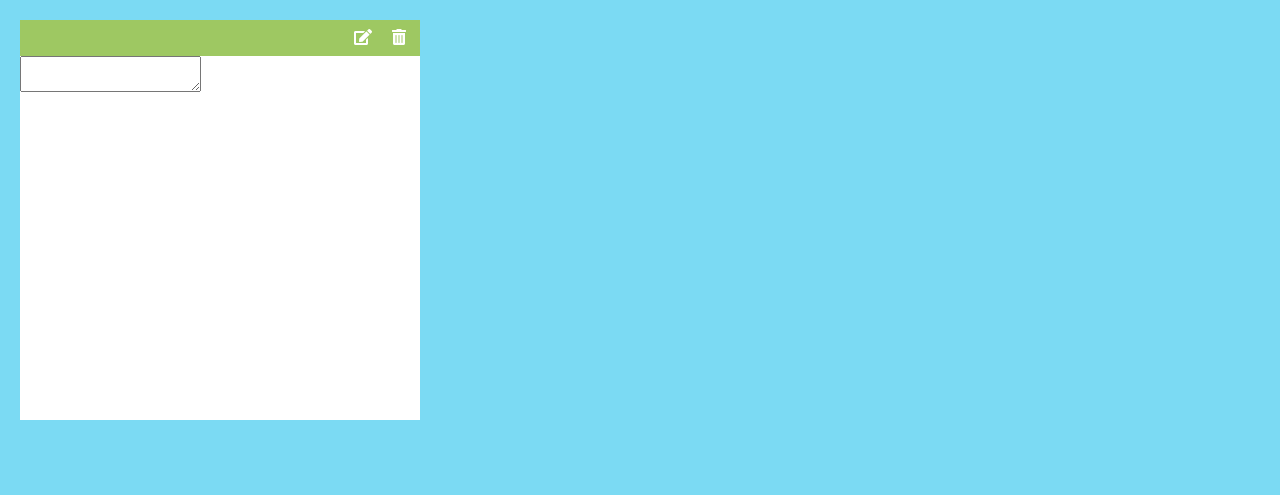
Repository: kate30980/projects-js-practice
Page: notes-app/index.html
These files come from the project's save history. The page is drawn as it stood at one moment and after the next save; the edit follows.
The browser window is 1280 px wide. The pictures show the whole page.

Above is the page before, as saved 2021-09-12 09:08:17.

After the next save:
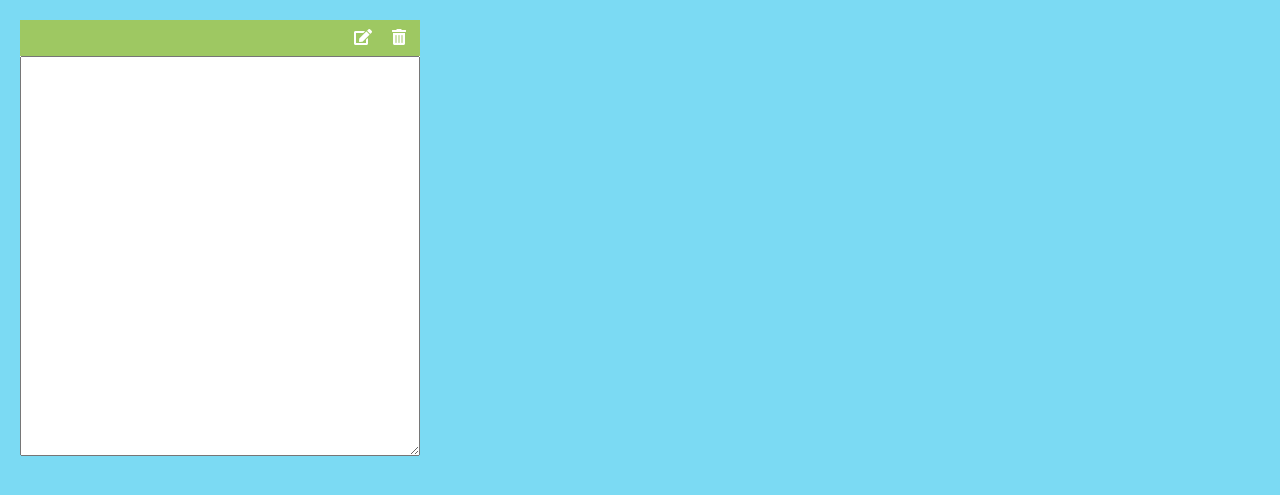
Saved 43 s later.
--- a/notes-app/style.css
+++ b/notes-app/style.css
@@ -31,3 +31,9 @@ body {
     font-size: 1rem;
     margin-left: .5rem;
 }
+.notes .main{
+    width: 100%;height: 100%;
+}
+.notes textarea{
+    width: 100%;height: 100%;
+}
